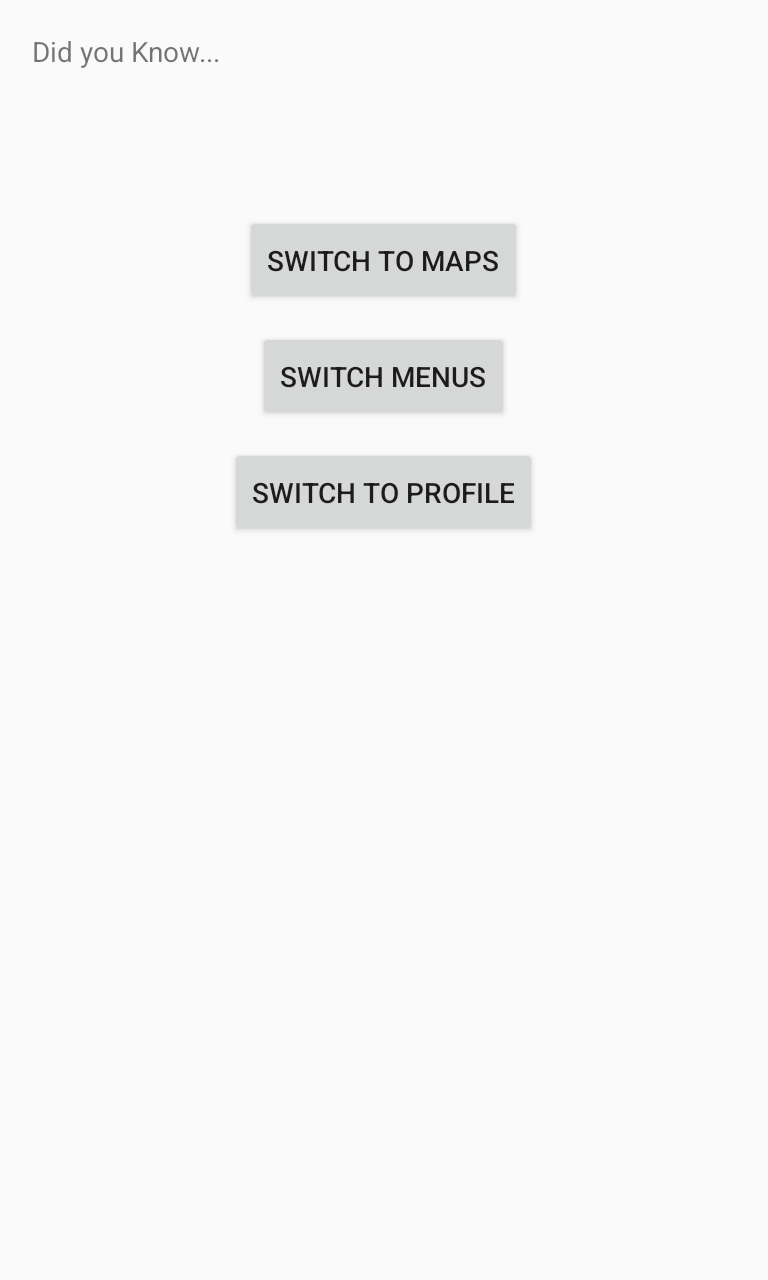
Repository: morgancundiff/TrollApp
Layout: Troll/res/layout/activity_main.xml
These files come from the project's save history. The layout is drawn as it stood at one moment and after the next save; the edit follows.
It is drawn on a 768 x 1280 px phone screen (xhdpi) without system bars, with theme AppTheme; the app's code is not run.

Above is the layout before, as saved 2014-05-29 00:30:44.

### Troll/res/layout/activity_main.xml
<RelativeLayout xmlns:android="http://schemas.android.com/apk/res/android"
    xmlns:tools="http://schemas.android.com/tools"
    android:layout_width="match_parent"
    android:layout_height="match_parent"
    android:paddingLeft="@dimen/activity_horizontal_margin"
    android:paddingRight="@dimen/activity_horizontal_margin"
    android:paddingTop="@dimen/activity_vertical_margin"
    android:paddingBottom="@dimen/activity_vertical_margin"
    tools:context="edu.ucsd.troll.app.MainActivity">

    <TextView
        android:id="@+id/factText"
        android:text="Did you Know..."
        android:layout_width="wrap_content"
        android:layout_height="wrap_content" />
    <Button
        android:id="@+id/mapsBtn"
        android:layout_width="wrap_content"
        android:layout_height="wrap_content"
        android:layout_below="@+id/textView1"
        android:layout_centerHorizontal="true"
        android:layout_marginTop="90dp"
        android:text="Switch to maps" />

    <Button
        android:id="@+id/menuBtn"
        android:layout_width="wrap_content"
        android:layout_height="wrap_content"
        android:layout_below="@+id/mapsBtn"
        android:layout_centerHorizontal="true"
        android:layout_marginTop="10dp"
        android:text="Switch menus" />

    <Button
        android:id="@+id/profileBtn"
        android:layout_width="wrap_content"
        android:layout_height="wrap_content"
        android:layout_below="@+id/menuBtn"
        android:layout_centerHorizontal="true"
        android:layout_marginTop="10dp"
        android:text="Switch to profile" />

</RelativeLayout>

Loaded but not shown: Troll/res/values/styles.xml (common file); Troll/res/values-v11/styles.xml (common file); Troll/res/values-v14/styles.xml (common file); Troll/res/values-w820dp/dimens.xml (common file); Troll/res/values/dimens.xml (common file)

After the next save:
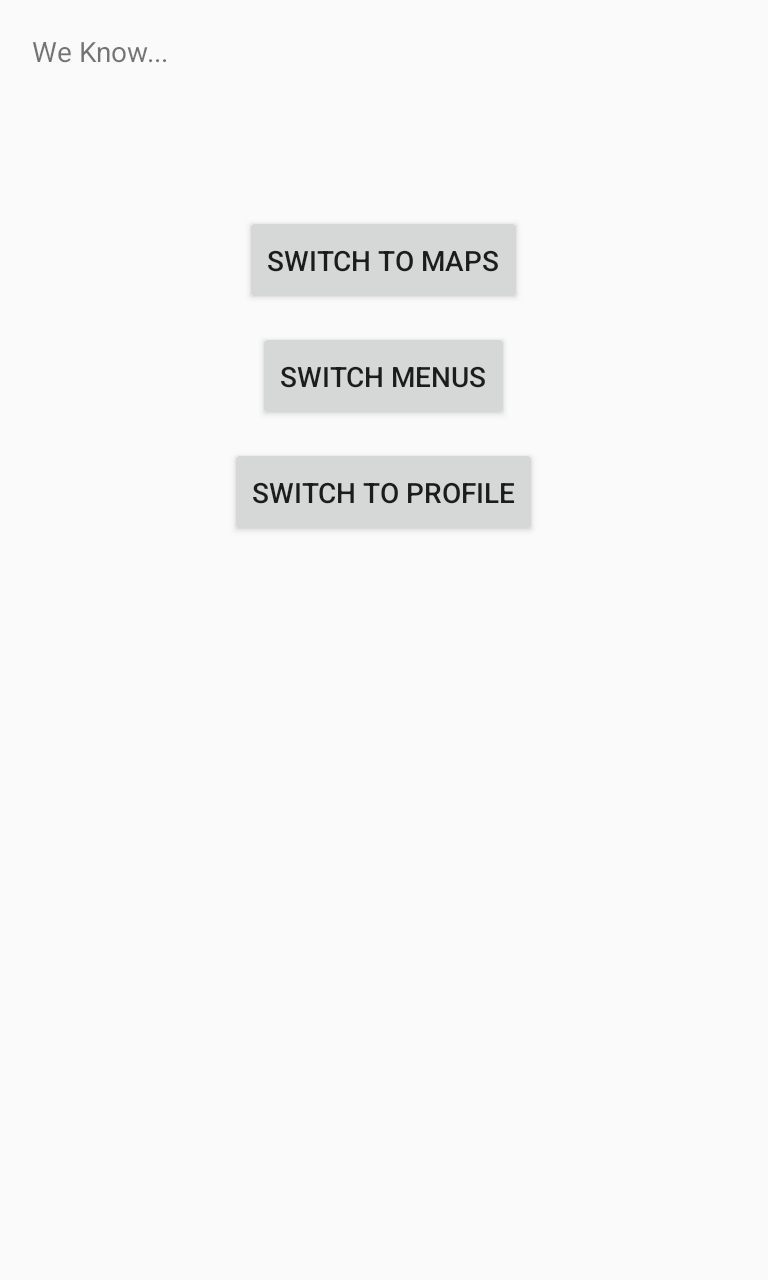
Saved 19 s later.
--- a/Troll/res/layout/activity_main.xml
+++ b/Troll/res/layout/activity_main.xml
@@ -10,7 +10,7 @@
 
     <TextView
         android:id="@+id/factText"
-        android:text="Did you Know..."
+        android:text="We Know..."
         android:layout_width="wrap_content"
         android:layout_height="wrap_content" />
     <Button
